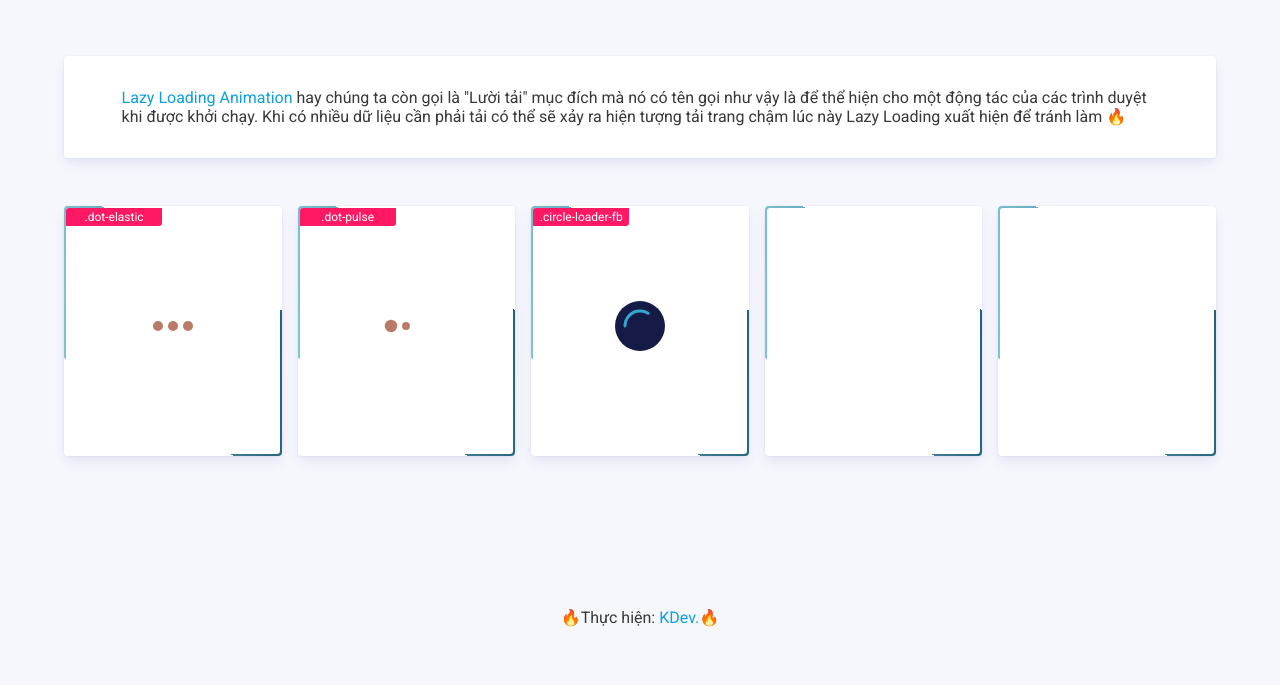
Repository: haokiet2501/lazy-loader-animation
Page: index.html
These files come from the project's save history. The page is drawn as it stood at one moment and after the next save; the edit follows.
The browser window is 1280 px wide. The pictures show the whole page.
The style sheet was rebuilt from its Sass, Less or Tailwind sources for each picture, by a compiler version that may differ from the author's.

Above is the page before, as saved 2022-05-07 01:24:57.

After the next save:
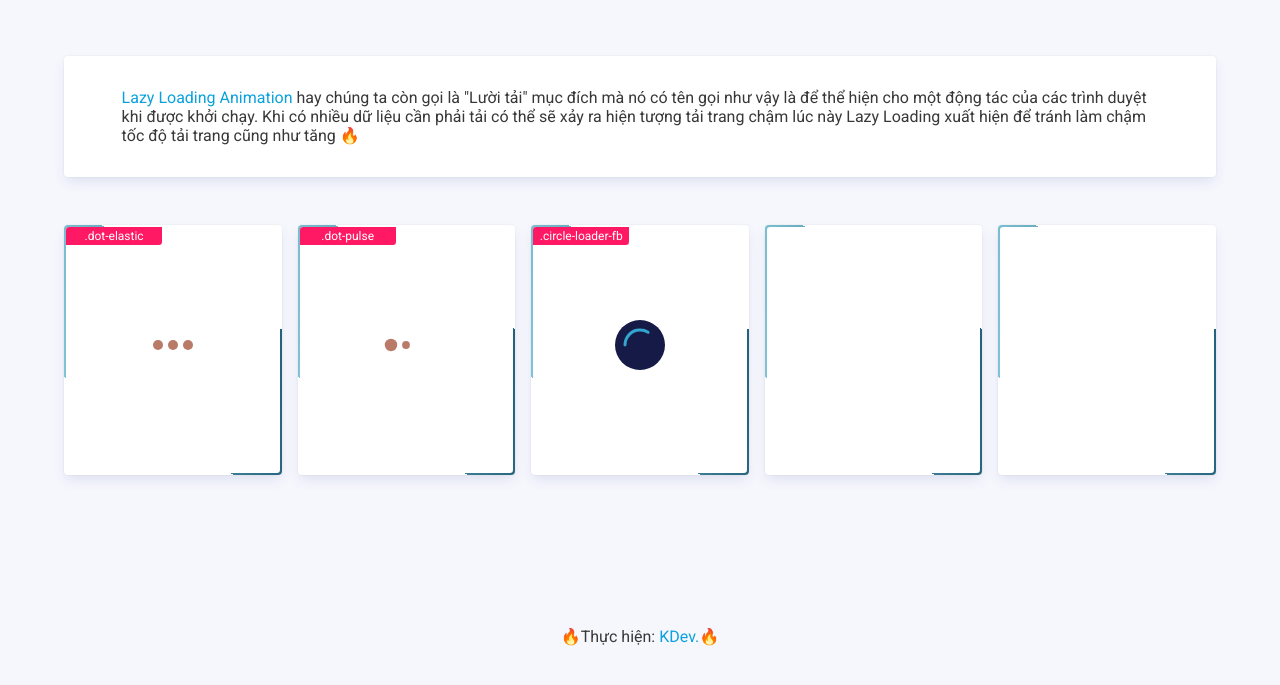
Saved 8 s later.
--- a/index.html
+++ b/index.html
@@ -11,7 +11,7 @@
 <body>
     <div class="container">
         <div class="title">
-            <a href="/" target="_blank">Lazy Loading Animation</a> hay chúng ta còn gọi là "Lười tải" mục đích mà nó có tên gọi như vậy là để thể hiện cho một động tác của các trình duyệt khi được khởi chạy. Khi có nhiều dữ liệu cần phải tải có thể sẽ xảy ra hiện tượng tải trang chậm lúc này Lazy Loading xuất hiện để tránh làm 🔥
+            <a href="/" target="_blank">Lazy Loading Animation</a> hay chúng ta còn gọi là "Lười tải" mục đích mà nó có tên gọi như vậy là để thể hiện cho một động tác của các trình duyệt khi được khởi chạy. Khi có nhiều dữ liệu cần phải tải có thể sẽ xảy ra hiện tượng tải trang chậm lúc này Lazy Loading xuất hiện để tránh làm chậm tốc độ tải trang cũng như tăng 🔥
         </div>
 
         <div class="row">
